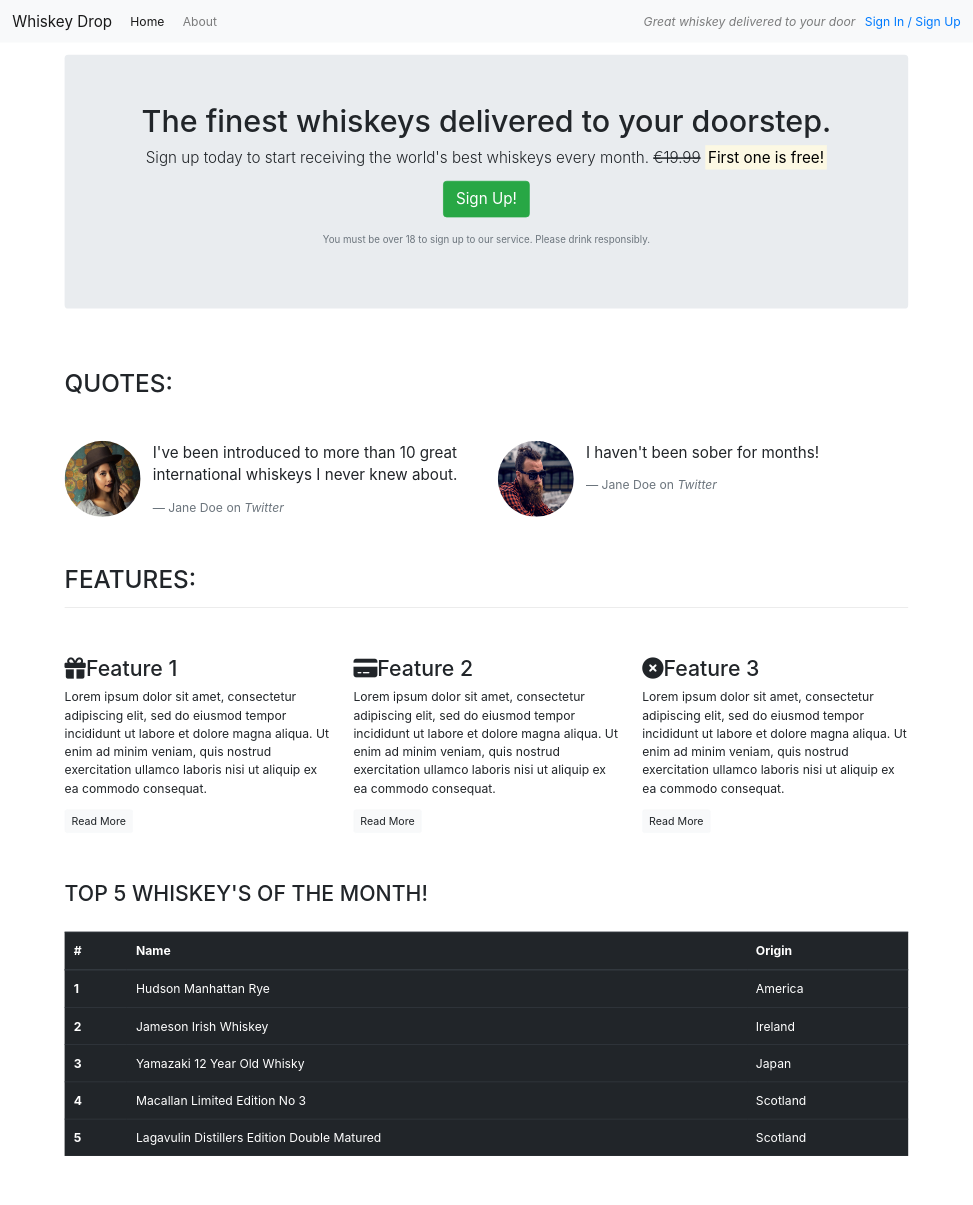
Repository: ClaireRoberts1403/Whiskey-Drop
Page: index.html
The author's editor kept a record of every edit. The page is drawn from the files as they stood at one moment, then again after the next edit.
The browser window is 1280 px wide. The pictures show the whole page, at 76% of full size.
Some web libraries are served in a nearby version.

Above is the page before.

### index.html
<!DOCTYPE html>
<html lang="en-us">

<head>
    <meta charset="utf-8">
    <meta name="viewport" content="width=device-width, initial-scale=1.0">
    <title>Whiskey Drop | Taste a new whiskey every month</title>
    <link rel="stylesheet" href="https://maxcdn.bootstrapcdn.com/bootstrap/4.1.3/css/bootstrap.min.css">
    <script src="https://kit.fontawesome.com/90ed803b97.js" crossorigin="anonymous"></script>
</head>

<body>
    <!--Nav-->
    <nav class="navbar navbar-light navbar-expand-sm bg-light">
        <a href="/" class="navbar-brand">
                    Whiskey Drop</a>
        <ul class="navbar-nav mr-auto">
            <li class="active nav-item mr-2"><a class="nav-link" href="/">Home</a></li>
            <li class="nav-item mr-2"><a class="nav-link" href="">About</a></li>
            <li class="nav-item mr-2 d-block d-sm-none"><a class="nav-link" href="">Sign In / Sign Up</a></li>
        </ul>

        <div class="d-none d-md-block">
            <p class="navbar-text my-auto mr-2"><i>Great whiskey delivered to your door</i></p>
            <a href="/login">Sign In / Sign Up</a>
        </div>
        <!--</div>-->
    </nav>
    <article class="container mt-3">
        <!-- Callout -->
        <div class="row">
            <div class="col-12">
                <section class="callout jumbotron text-center">
                    <h1>The finest whiskeys delivered to your doorstep.</h1>
                    <p class="lead">Sign up today to start receiving the world's best whiskeys every month.
                        <s class="d-none d-sm-inline">€19.99</s>
                        <span class="d-inline d-sm-none"><br></span>
                        <strong><mark>First one is free!</mark></strong></p>
                    <p><button class="btn btn-lg btn-success">Sign Up!</button></p>
                    <p class="text-muted"><small>You must be over 18 to sign up to our service. Please drink responsibly.</small></p>
                </section>
            </div>
        </div>
        <!-- /.callout -->

        <!-- Quotes -->
        <section class="quotes">
            <div class="row">
                <div class="col-12 my-5">
                    <h2 class="text-uppercase">Quotes:</h2>
                </div>
            </div>
            <div class="row">
                <div class="col-12 col-md-6">
                    <div class="media">
                        <div class="d-none d-sm-block">
                            <img src="images/girl-image.png" class="rounded-circle mr-3" height=100 width=100>
                        </div>
                        <div class="media-body">
                            <blockquote class="blockquote">
                                <p>I've been introduced to more than 10 great international whiskeys I never knew about.</p>
                                <footer class="blockquote-footer">Jane Doe on <cite title="Twitter">Twitter</cite></footer>
                            </blockquote>
                        </div>
                    </div>
                </div>
                <div class="col-12 col-md-6">
                    <div class="media">
                        <div class="d-none d-sm-block">
                            <img src="images/guy-image.png" class="rounded-circle mr-3" height=100 width=100>
                        </div>
                        <div class="media-body">
                            <blockquote class="blockquote">
                                <p>I haven't been sober for months!</p>
                                <footer class="blockquote-footer">Jane Doe on <cite title="Twitter">Twitter</cite></footer>
                            </blockquote>
                        </div>
                    </div>
                </div>
            </div>
        </section>
        <!-- /.quotes -->

        <!-- Features -->
        <section class="features">
            <div class="row">
                <div class="col-12 my-5">
                    <h2 class="text-uppercase">Features:</h2>
                    <hr />
                </div>
            </div>
            <div class="row">
                <div class="col-12 col-md-6 col-lg-4">
                    <div class="feature">
                        <h3><i class="fas fa-gift"></i>Feature 1</h3>
                        <p>Lorem ipsum dolor sit amet, consectetur adipiscing elit, sed do eiusmod tempor incididunt ut labore et dolore magna aliqua. Ut enim ad minim veniam, quis nostrud exercitation ullamco laboris nisi ut aliquip ex ea commodo consequat.</p>
                        <p><a class="btn btn-sm btn-light" href="">Read More</a></p>
                    </div>
                </div>
                <div class="col-12 col-md-6 col-lg-4">
                    <div class="feature">
                        <h3><i class="fas fa-credit-card"></i>Feature 2</h3>
                        <p>Lorem ipsum dolor sit amet, consectetur adipiscing elit, sed do eiusmod tempor incididunt ut labore et dolore magna aliqua. Ut enim ad minim veniam, quis nostrud exercitation ullamco laboris nisi ut aliquip ex ea commodo consequat.</p>
                        <p><a class="btn btn-sm btn-light" href="">Read More</a></p>
                    </div>
                </div>
                <div class="col-12 d-md-none d-lg-block col-lg-4">
                    <div class="feature">
                        <h3><i class="fas fa-times-circle"></i>Feature 3</h3>
                        <p>Lorem ipsum dolor sit amet, consectetur adipiscing elit, sed do eiusmod tempor incididunt ut labore et dolore magna aliqua. Ut enim ad minim veniam, quis nostrud exercitation ullamco laboris nisi ut aliquip ex ea commodo consequat.</p>
                        <p><a class="btn btn-sm btn-light" href="">Read More</a></p>
                    </div>
                </div>
            </div>
        </section>
        <!-- /.features -->

        <!-- Favourites -->
        <div class="row">
            <div class="col-12 my-5">
                <section>
                    <table class="table table-dark">
                        <thead>
                            <h3 class="text-uppercase">Top 5 Whiskey's of the Month!</h3>
                            <br>
                            <tr>
                                <th scope="col">#</th>
                                <th scope="col">Name</th>
                                <th scope="col">Origin</th>
                            </tr>
                        </thead>
                        <tbody>
                            <tr>
                                <th scope="row">1</th>
                                <td>Hudson Manhattan Rye</td>
                                <td>America</td>
                            </tr>
                            <tr>
                                <th scope="row">2</th>
                                <td>Jameson Irish Whiskey</td>
                                <td>Ireland</td>
                            </tr>
                            <tr>
                                <th scope="row">3</th>
                                <td>Yamazaki 12 Year Old Whisky</td>
                                <td>Japan</td>
                            </tr>
                            <tr>
                                <th scope="row">4</th>
                                <td>Macallan Limited Edition No 3</td>
                                <td>Scotland</td>
                            </tr>
                            <tr>
                                <th scope="row">5</th>
                                <td>Lagavulin Distillers Edition Double Matured</td>
                                <td>Scotland</td>
                            </tr>
                        </tbody>
                    </table>
                </section>
            </div>
        </div>
        <!-- /Favourites -->
    </article>
</body>

</html>

After the next edit:
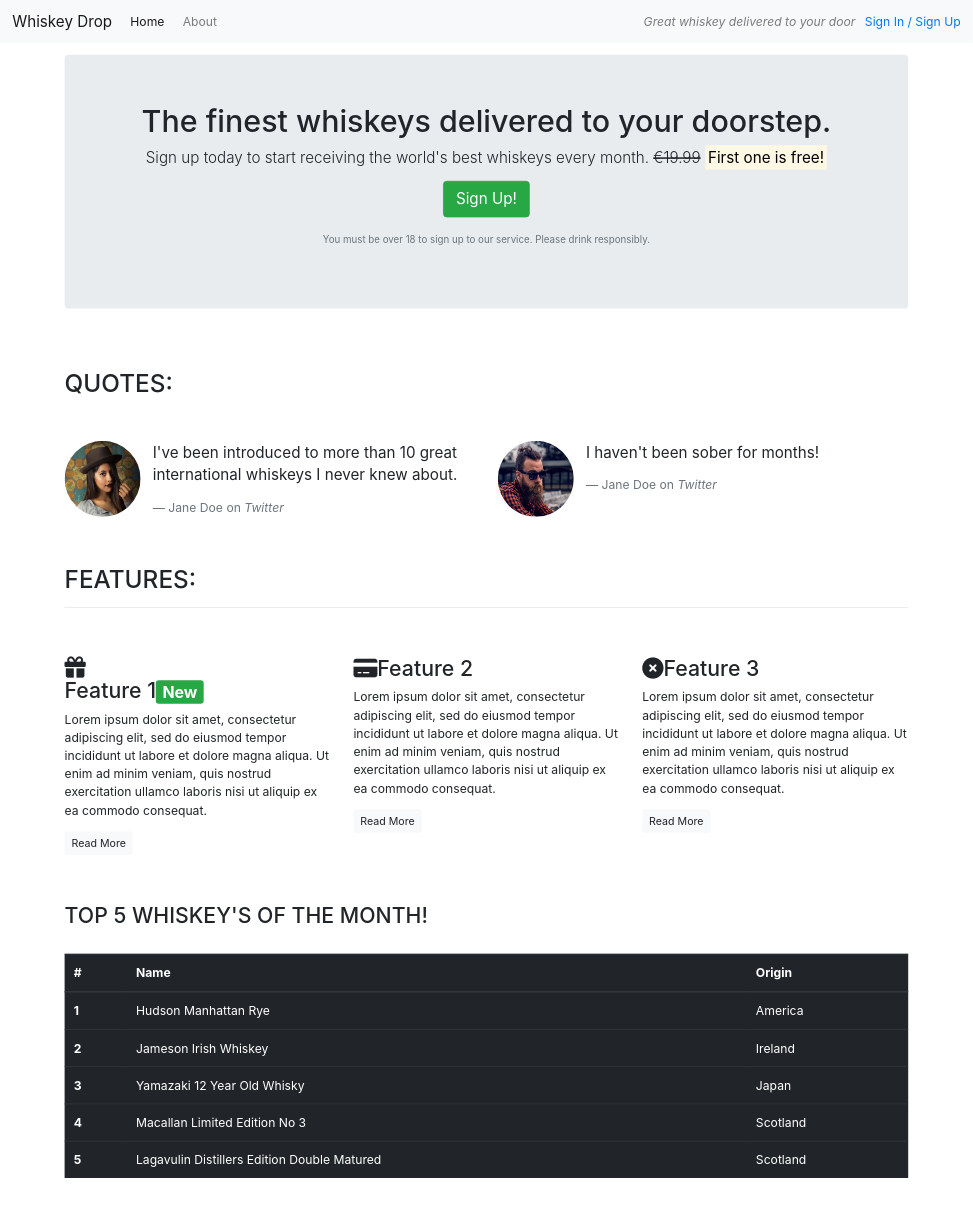
The edit:
--- a/index.html
+++ b/index.html
@@ -92,7 +92,7 @@
             <div class="row">
                 <div class="col-12 col-md-6 col-lg-4">
                     <div class="feature">
-                        <h3><i class="fas fa-gift"></i>Feature 1</h3>
+                        <h3><i class="fas fa-gift d-none d-sm-block"></i>Feature 1<span class="badge badge-success">New</span></h3>
                         <p>Lorem ipsum dolor sit amet, consectetur adipiscing elit, sed do eiusmod tempor incididunt ut labore et dolore magna aliqua. Ut enim ad minim veniam, quis nostrud exercitation ullamco laboris nisi ut aliquip ex ea commodo consequat.</p>
                         <p><a class="btn btn-sm btn-light" href="">Read More</a></p>
                     </div>
